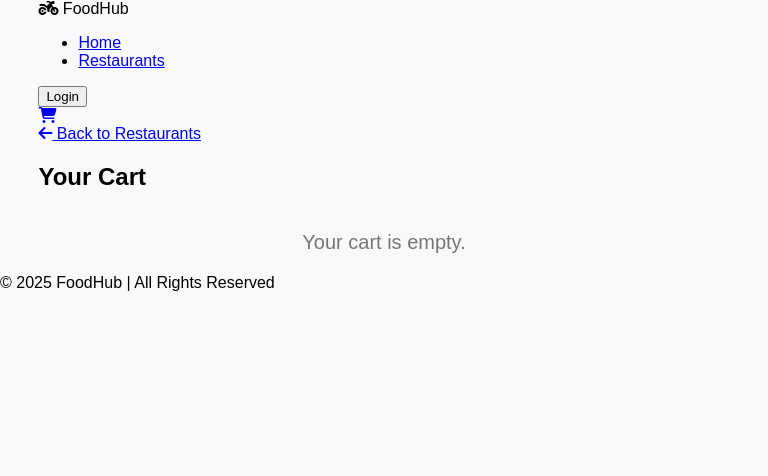
Repository: srinithiashoka/FoodDeliveryApp
Page: http://localhost/FoodDeliveryApp/cart.jsp
These files come from the project's save history. The page is drawn as it stood at one moment and after the next save; the edit follows.
The browser window is 768 px wide. The pictures show the whole page.
The page is served by Tomcat 10. Queries for data that is not in the repository find no rows.

Above is the page before, as saved 2025-12-03 10:33:47.

After the next save:
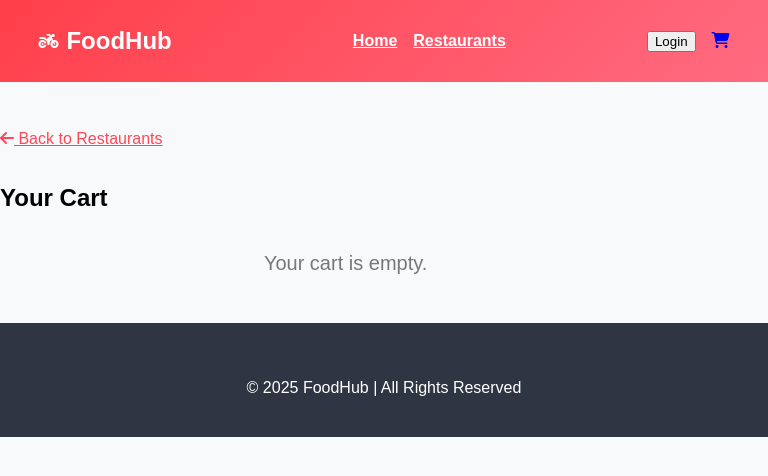
Saved 19 s later.
--- a/FoodDeliveryApp/src/main/webapp/css/cart.css
+++ b/FoodDeliveryApp/src/main/webapp/css/cart.css
@@ -1,18 +1,48 @@
 @charset "UTF-8";
 
-        body { font-family: Arial; background: #f8f9fa; margin:0; }
-        .container { width: 90%; margin:auto; }
-        .cart-item { display:flex; background:#fff; padding:15px; margin-bottom:12px; border-radius:10px; align-items:center; }
-        .cart-item img { width:100px; height:80px; border-radius:8px; margin-right:15px; object-fit:cover; }
-        .item-details { flex:1; }
-        .item-details h3 { margin:0; font-size:18px; }
-        .price { color:#ff4757; font-weight:bold; margin-top:8px; }
-        .qty-controls { display:flex; align-items:center; gap:8px; }
-        .qty-btn { padding:5px 10px; background:#ff4757; color:#fff; border:none; border-radius:5px; cursor:pointer; }
-        .qty-input { width:40px; text-align:center; padding:6px; border-radius:5px; }
-        .remove-btn { background:transparent; border:none; color:red; font-size:20px; cursor:pointer; }
-        .cart-summary { background:#fff; padding:20px; border-radius:12px; margin-top:20px; }
-        .summary-row { display:flex; justify-content:space-between; margin-bottom:12px; font-size:18px; }
-        .checkout-btn { width:100%; padding:14px; background:#ff4757; border:none; color:#fff; border-radius:10px; margin-top:10px; font-size:18px; cursor:pointer; }
-        .clear-btn { width:100%; padding:12px; background:#333; color:#fff; margin-top:10px; border:none; border-radius:10px; cursor:pointer; }
-        .empty-cart { text-align:center; font-size:20px; margin-top:40px; color:#777; }
+body { font-family: Arial, sans-serif; background: #f8f9fa; margin:0; }
+.container { width: 90%; margin:auto; }
+
+/* HEADER */
+header {
+    background: linear-gradient(135deg, #ff3f4a 0%, #ff6b81 100%);
+    padding:1rem 0; color:white; position:sticky; top:0; z-index:1000;
+}
+.navbar { display:flex; justify-content:space-between; align-items:center; flex-wrap:wrap; gap:1rem; }
+.logo { display:flex; align-items:center; gap:0.5rem; }
+.logo-text { font-weight:900; font-size:1.5rem; }
+.nav-menu { display:flex; list-style:none; gap:1rem; }
+.nav-menu a { color:white; font-weight:600; }
+.nav-actions { display:flex; align-items:center; gap:1rem; }
+.cart-icon-wrapper { position:relative; }
+.cart-badge { position:absolute; top:-0.5rem; right:-0.5rem; background:#ff4444; color:#fff; border-radius:50%; width:1.25rem; height:1.25rem; display:flex; align-items:center; justify-content:center; font-size:0.75rem; font-weight:700; }
+
+/* CART ITEMS */
+.cart-container { margin:3rem 0; }
+.back-link { display:inline-block; margin-bottom:1rem; color:#ff4757; }
+.cart-item { display:flex; background:#fff; padding:15px; margin-bottom:12px; border-radius:10px; align-items:center; }
+.cart-item img { width:100px; height:80px; border-radius:8px; margin-right:15px; object-fit:cover; }
+.item-details { flex:1; }
+.item-details h3 { margin:0; font-size:18px; }
+.price { color:#ff4757; font-weight:bold; margin-top:8px; }
+.qty-controls { display:flex; align-items:center; gap:8px; margin-top:6px; }
+.qty-btn { padding:5px 10px; background:#ff4757; color:#fff; border:none; border-radius:5px; cursor:pointer; }
+.qty-input { width:40px; text-align:center; padding:6px; border-radius:5px; border:1px solid #ccc; }
+.remove-btn { background:transparent; border:none; color:red; font-size:18px; cursor:pointer; }
+
+/* CART SUMMARY */
+.cart-summary { background:#fff; padding:20px; border-radius:12px; margin-top:20px; box-shadow:0 5px 15px rgba(0,0,0,0.05); }
+.summary-row { display:flex; justify-content:space-between; margin-bottom:12px; font-size:18px; }
+.grand-total { font-weight:700; color:#ff4757; }
+.checkout-btn { width:100%; padding:14px; background:#ff4757; border:none; color:#fff; border-radius:10px; margin-top:10px; font-size:18px; cursor:pointer; }
+.clear-btn { width:100%; padding:12px; background:#333; color:#fff; margin-top:10px; border:none; border-radius:10px; cursor:pointer; }
+.empty-cart { text-align:center; font-size:20px; margin-top:40px; color:#777; }
+
+/* FOOTER */
+footer { background:#2f3542; color:white; text-align:center; padding:2.5rem 0 1.5rem; margin-top:3rem; }
+
+/* RESPONSIVE */
+@media(max-width:768px){
+    .cart-item { flex-direction:column; align-items:flex-start; }
+    .qty-controls { margin-top:6px; }
+}
